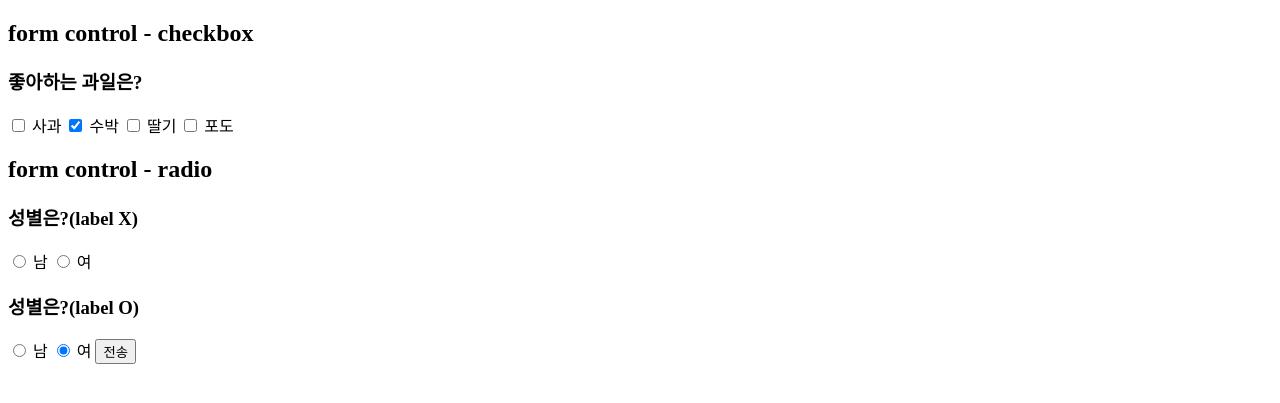
Repository: kjungyoun/Web_Study_2021
Page: web_front/WebContent/chap3/3-24.html
An editor plug-in stored every save of this project. The page is shown before and after a run of saves, followed by the edit.
The browser window is 1280 px wide. The pictures show the whole page.

Above is the page before, as saved 2021-03-02 04:42:57.

### web_front/WebContent/chap3/3-24.html
<!DOCTYPE html>
<html>
<head>
<meta charset="UTF-8">
<title>form control</title>
</head>
<body>
<form>
	<h2>form control - checkbox</h2>
	<h3>좋아하는 과일은?</h3>
	<input type="checkbox" name="fruit" value="사과"> 사과
	<input type="checkbox" name="fruit" value="수박" checked="checked"> 수박
	<input type="checkbox" name="fruit" value="딸기"> 딸기
	<input type="checkbox" name="fruit" value="포도"> 포도<br>
	<h2>form control - radio</h2>
	<h3>성별은?(label X)</h3>
	<input type="radio" name="gender" value="m"> 남
	<input type="radio" name="gender" value="f" checked="checked"> 여
	<h3>성별은?(label O)</h3>
	<label><input type="radio" name="gender" value="m"> 남</label>
	<label><input type="radio" name="gender" value="f" checked="checked"> 여</label>
	<button type="submit">전송</button>
</form>

</body>
</html>

After the next 2 saves:
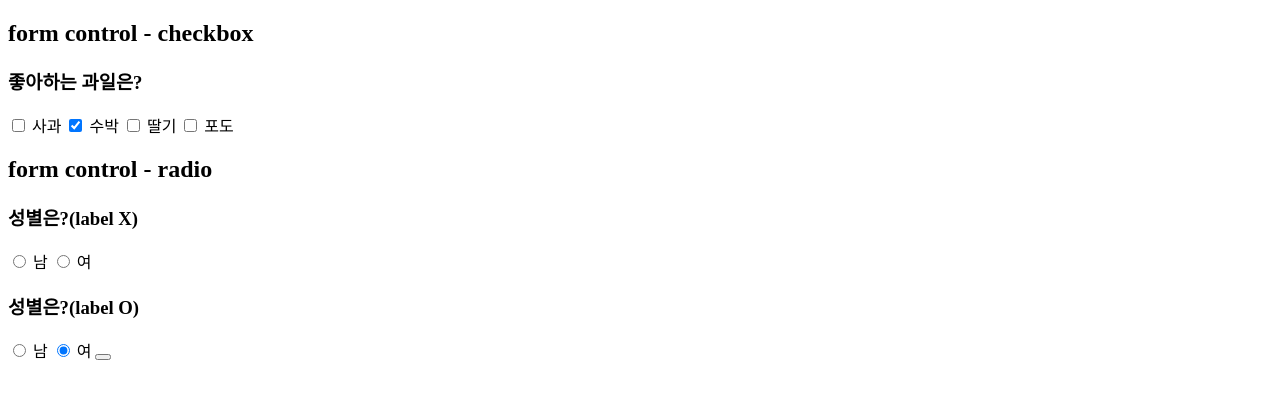
The 2 saves are shown as one change because they came seconds apart.
The last was saved 61 s later.
--- a/web_front/WebContent/chap3/3-24.html
+++ b/web_front/WebContent/chap3/3-24.html
@@ -19,7 +19,7 @@
 	<h3>성별은?(label O)</h3>
 	<label><input type="radio" name="gender" value="m"> 남</label>
 	<label><input type="radio" name="gender" value="f" checked="checked"> 여</label>
-	<button type="submit">전송</button>
+	<button type="submit" value=전송></button>
 </form>
 
 </body>
